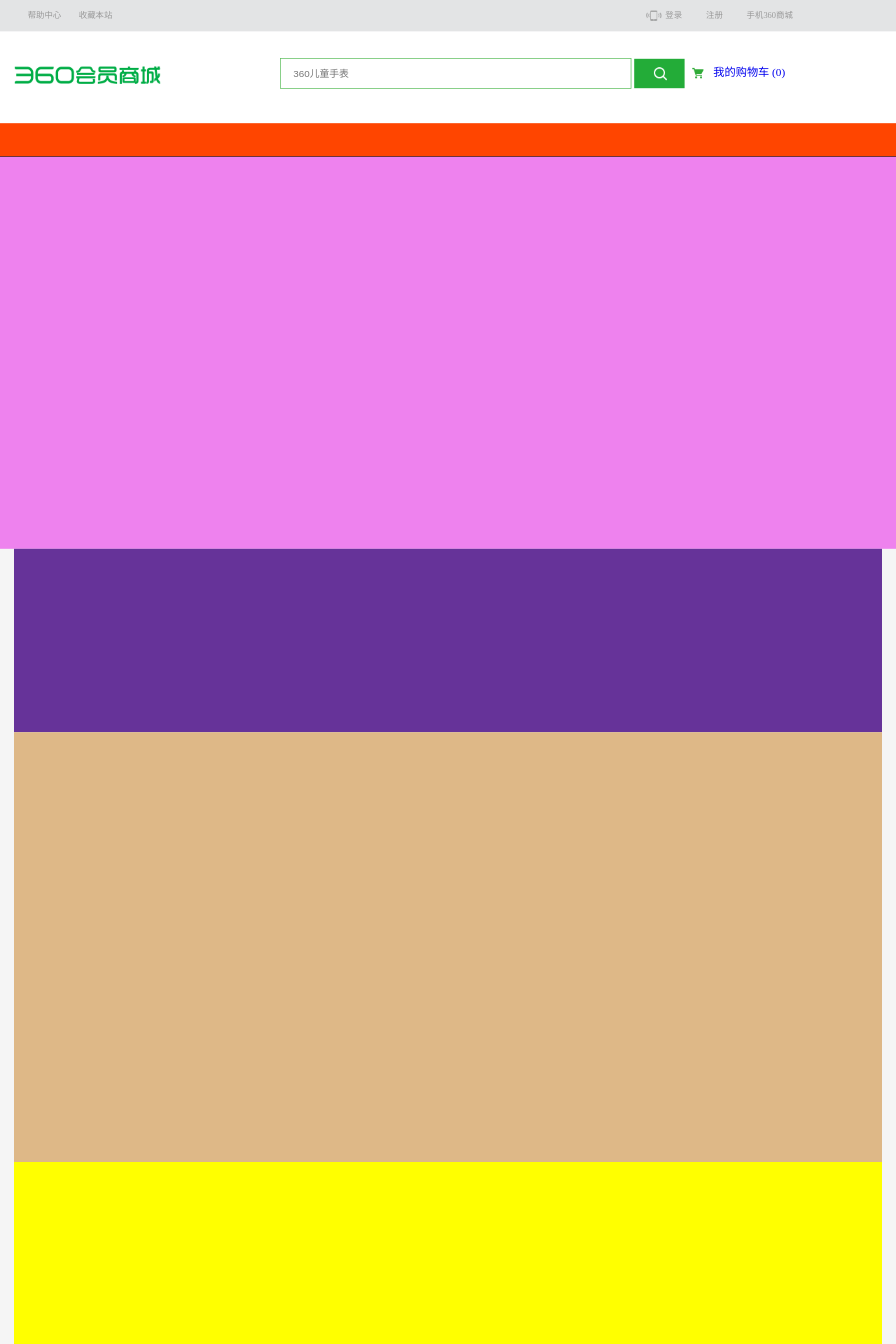
Repository: zhanguangJ/360Mark
Page: main.html
These files come from the project's save history. The page is drawn as it stood at one moment and after the next save; the edit follows.
The browser window is 1280 px wide. The pictures show the part of the page from y = 0 to 1920 px (the page is 4307 px tall), at 70% of full size.

Above is the page before, as saved 2019-05-07 22:27:43.

After the next save:
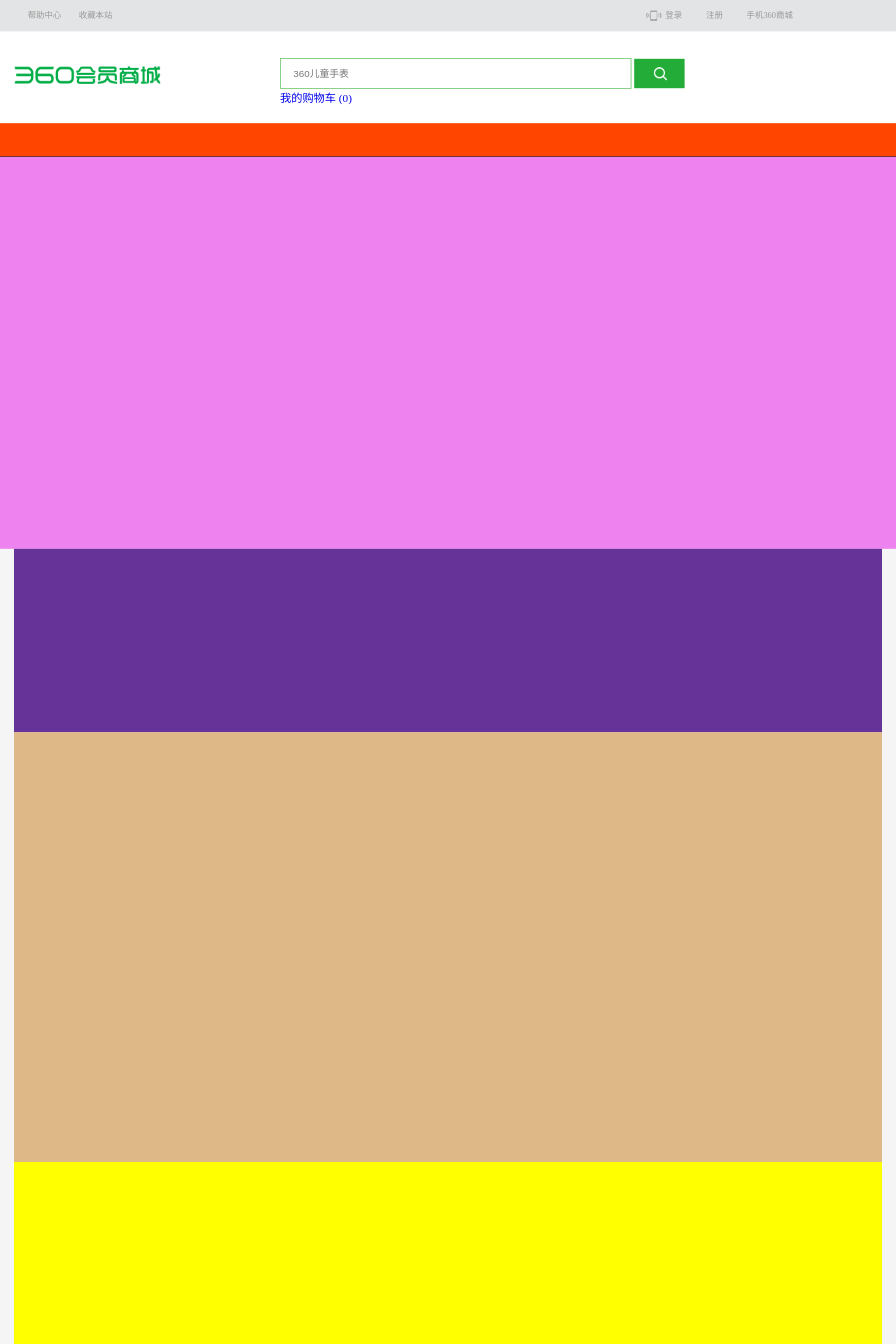
Saved 86 s later.
--- a/main.html
+++ b/main.html
@@ -33,10 +33,14 @@
             <div class="top-search">
                 <input type="text" class="text" placeholder="360儿童手表">
                 <input type="button" class="search">
+
+            </div>
+            <div class="top-showCart">
                 <a href="javascript:;">
                     <i class="icon"></i>
                     我的购物车
-                    <span>(0)</span></a>
+                    <span>(0)</span>
+                </a>
             </div>
 
         </div>
